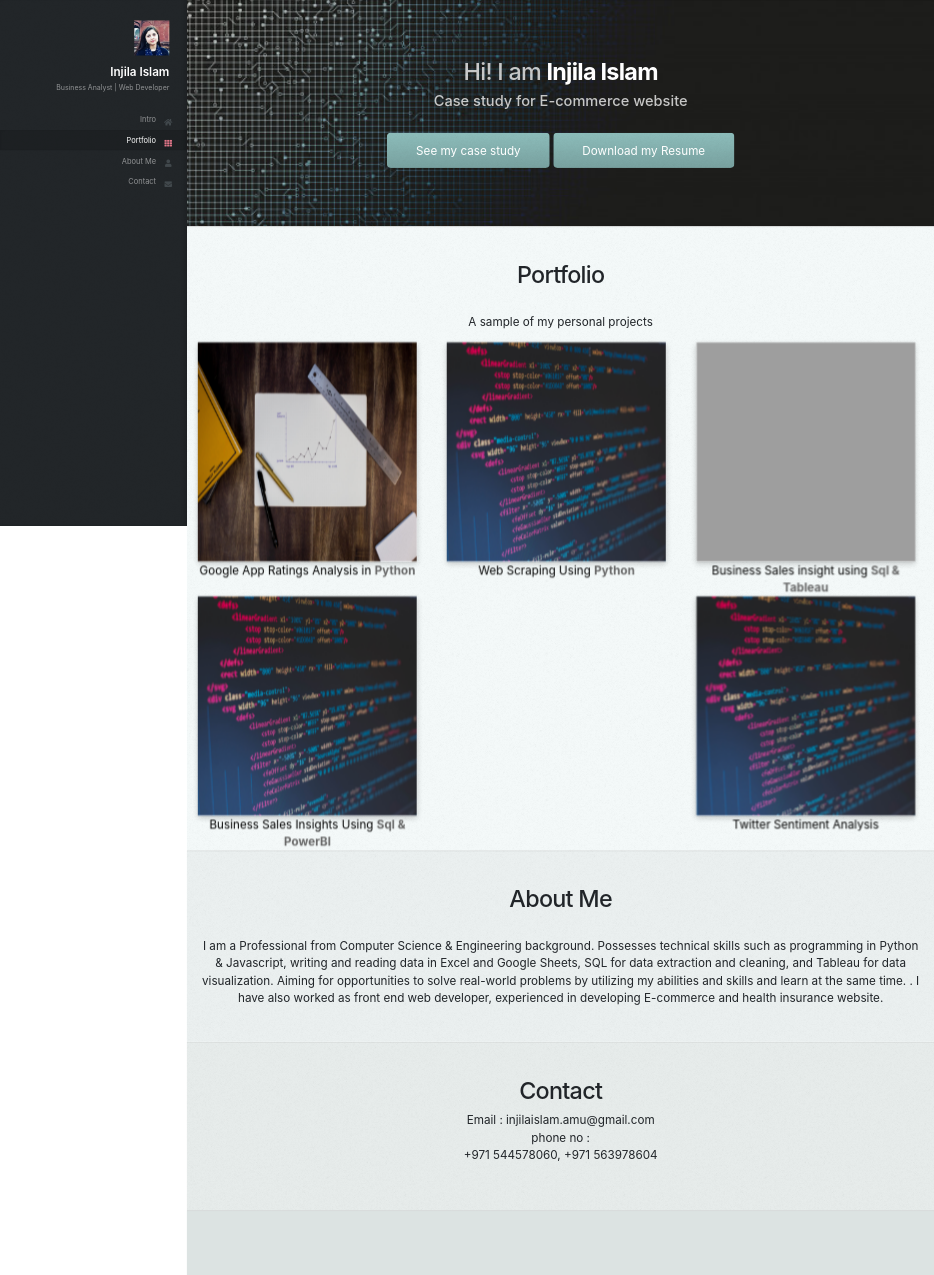
Repository: IslamInjila/new_portfolio
Page: index.html
These files come from the project's save history. The page is drawn as it stood at one moment and after the next save; the edit follows.
The browser window is 1280 px wide. The pictures show the whole page, at 73% of full size.
Pictures or frames that could not be fetched are drawn as grey boxes. Some web libraries are served in a nearby version.

Above is the page before, as saved 2021-08-15 13:35:27.
Console error: TypeError: Cannot read properties of undefined (reading 'fn')

After the next save:
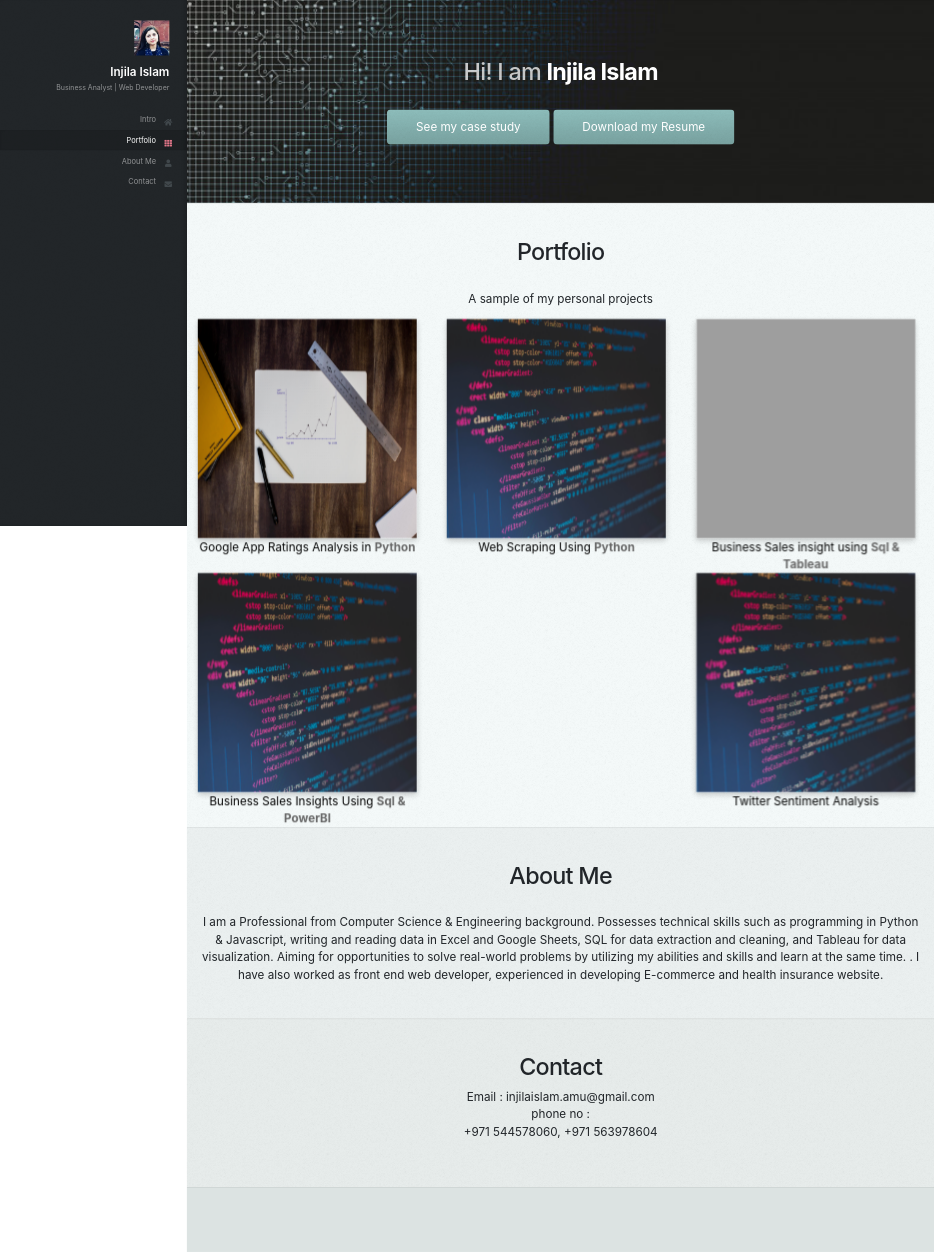
Saved 8 min 8 s later.
--- a/index.html
+++ b/index.html
@@ -61,7 +61,7 @@
 
 							<header>
 								<h2 class="alt">Hi! I am <strong>Injila Islam</strong>
-								<h5>Case study for E-commerce website
+
 							</header>
 
 							<footer>
